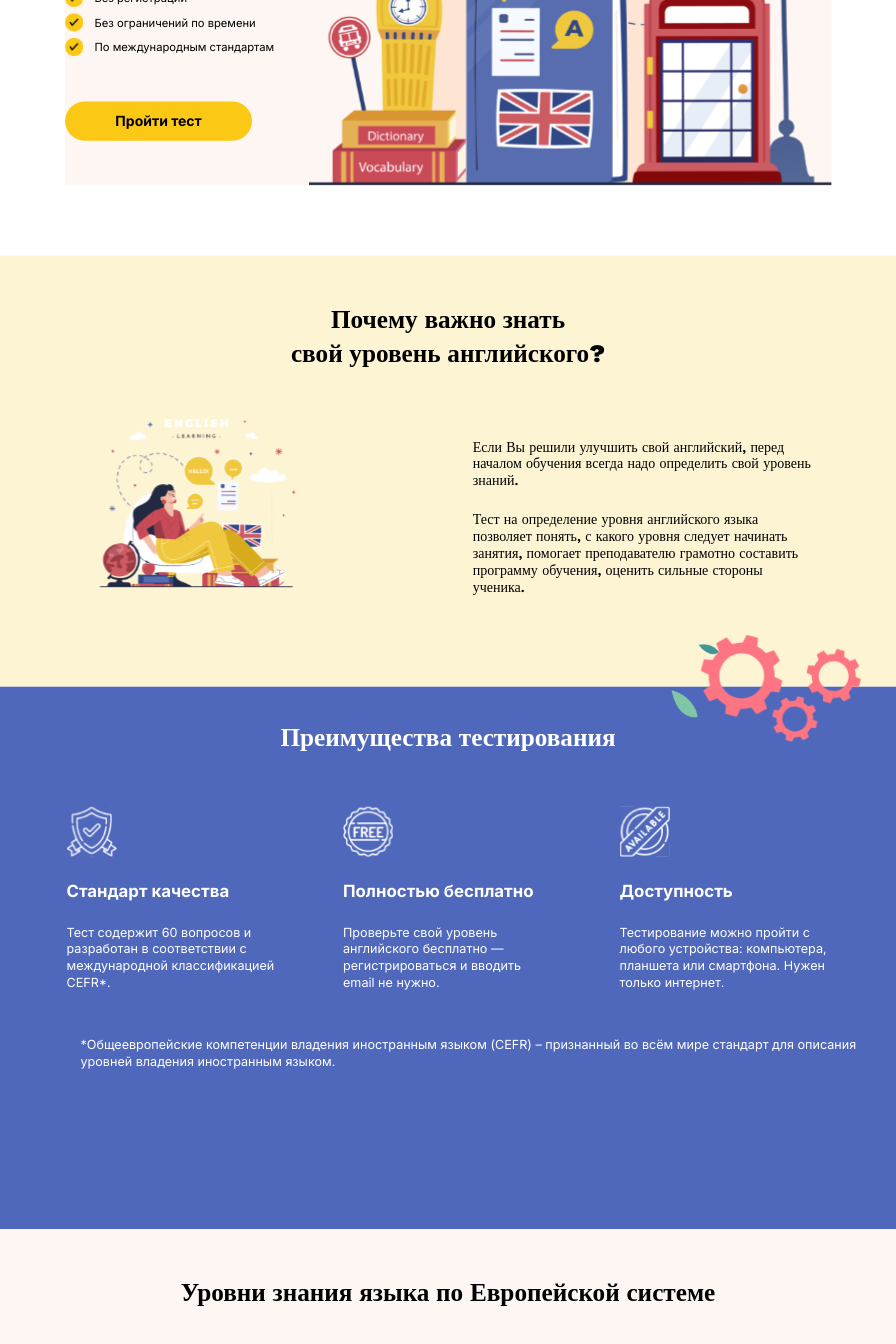
Repository: WladimirVA/PP-01-01_Dandelions
Page: Index.html
The author's editor kept a copy of each file at every save. The page is drawn from the files as they stood at one save, then again after the next save.
The browser window is 1280 px wide. The pictures show the part of the page from y = 450 to 2370 px (the page is 3924 px tall), at 70% of full size.

Above is the page before, as saved 2023-01-25 16:58:27.
Console error: ReferenceError: $ is not defined

### Index.html
<!DOCTYPE html>
<html lang="ru">
<head>
    <meta charset="UTF-8">
    <meta http-equiv="X-UA-Compatible" content="IE=edge">
    <meta name="viewport" content="width=device-width, initial-scale=1.0">
    <link href="./static/css/style.css" rel="stylesheet" type="text/css">
    <link href="./static/css/fonts.css" rel="stylesheet" type="text/css">
    <link rel="icon" sizes="16x16" href="./static/img/Иконка _Лого_ (1_1).svg" type="image/x-icon">
    <title>Dandelions</title>
</head>
<body>
    <!-- <script src="./js/scrollButton.js"></script> -->
    <header class="header" di="HOME">
        <div class="section">
            <div class="section-header">
                <div class="logo">
                    <img src="./static/img/Иконка _Лого_ (1).svg">
                </div>
                <nav>
                    <ul class="header-nav">
                        <li><a class="link" href="#ADVAN_TEST">Преимущества теста</a></li>
                        <li><a class="link" href="#LANGUAGE_LEVELS">Уровни знания языка</a></li>
                        <li><a class="link" href="#FOOTER">Свяжитесь с нами</a></li>
                    </ul>
                </nav>
            </div>
        </div>
    </header>
    <main>
        <section class="HOME">
        <div class="section">
            <div class="content">
                <h1 class="title">
                    проверь свой уровень <br>английского
                </h1>
                <div class="section-home">

                    <div class="title-home">

                        <p class="home_p">
                            Пройдите наш <span  style="font-weight:900"> бесплатный <br></span> онлайн-тест и узнайте свой уровень <br>владения английским языком
                        </p>
                        <ul class="home_ul">
                            <li class="home_li"><img class="check" src="./static/img/Иконка _Галочка_ 3.svg">Без регистрации</li>
                            <li class="home_li"><img class="check" src="./static/img/Иконка _Галочка_ 3.svg">Без ограничений по времени</li>
                            <li class="home_li"><img class="check" src="./static/img/Иконка _Галочка_ 3.svg">По международным стандартам</li>
                        </ul>
                        <div class="buttonsHome">
                            <form action="./name.html">
                                <button class="button_home">Пройти тест</button>
                            </form>
                        </div>
                    </div>
                    <div class="image-home">
                        <img src="./static/img/иллюстр 6 (1).svg">
                    </div>
                </div>
            </div>

        </div>
        </section>
        <section class="WHY-TEST">
            <div class="section">
                <div class="">
                    <div class="section-home-1">
                        <h1 class="title_2">Почему важно знать<br>свой уровень английского?</h1>
                        <div class="section-home-2">
                            <div class="image-home-2">
                                <img src="./static/img/иллюстр 2 1.svg">
                            </div>
                            <div class="home_p home-text">
                                <p>Если Вы решили улучшить свой английский, перед началом обучения всегда надо определить свой уровень знаний.</p>
                                <p class="p-text">Тест на определение уровня английского языка позволяет понять, с какого уровня следует начинать занятия, помогает преподавателю грамотно составить программу обучения, оценить сильные стороны ученика.</p>
                            </div>
                        </div>
                    </div>
                </div>
            </div>
        </section>
        <section class="ADVAN_TEST" id="ADVAN_TEST">
            <div class="section">
                <div class="content">
                    <div class="content_img">
                        <img class="rot-sheet" src="./static/img/shestirenki/Vector (3).png">
                        <img class="rot-sheet-1" src="./static/img/shestirenki/Vector (4).png">
                        <img class="rot rot-img1" src="./static/img/shestirenki/Vector (6).svg">
                        <img class="rot rot-img2" src="./static/img/shestirenki/Vector (6).svg">
                        <img class="rot rot-img3" src="./static/img/shestirenki/Vector (6).svg">
                    </div>
                    <div class="text_test">
                        <h1 class="title_3">Преимущества тестирования</h1>
                    </div>
                    <div class="content-ADVAN_TEST">
                        <div class="quality test-info">
                            <img src="./static/img/Mask group 1.svg">
                            <h3 class="advan-test">Стандарт качества</h3>
                            <p class="advan-test-p">Тест содержит 60 вопросов и разработан в соответствии с международной классификацией CEFR*. </p>
                        </div>
                        <div class="free test-info">
                            <img src="./static/img/Mask group2 1.svg">
                            <h3 class="advan-test">Полностью бесплатно</h3>
                            <p class="advan-test-p">Проверьте свой уровень английского бесплатно — регистрироваться и вводить email не нужно.</p>
                        </div>
                        <div class="availability test-info">
                            <img src="./static/img/Mask group1 1.svg">
                            <h3 class="advan-test">Доступность</h3>
                            <p class="advan-test-p">Тестирование можно пройти с любого устройства: компьютера, планшета или смартфона. Нужен только интернет.</p>
                        </div>
                    </div>
                    <p class="advan-test-p advan-test-p-2">*Общеевропейские компетенции владения иностранным языком (CEFR) – признанный во всём мире стандарт для описания уровней владения иностранным языком. </p>
                </div>
            </div>
        </section>
        <section class="LANGUAGE_LEVELS" id="LANGUAGE_LEVELS">
            <div class="section">
                <div class="content">
                    <div class="text_test">
                        <h1 class="title_3">Уровни знания языка по Европейской системе</h1>
                        <img src="./static/img/иллюстр 1 1.svg">
                    </div>
                    <div class="container">
                        <div class="box-1 container-box">
                            <img class="cloud" src="./static/img/Vector 5.svg">
                            <h3>А1</h3>
                            <p class="container-box-p">Elementary</p>
                            <p class="container-box-p2">Элементарный, базовый уровень знания английского языка. Чтение и перевод со словарём. Словарный запас<span  style="font-weight:900"> менее 1500</span> слов.</p>
                            <img class="ball" src="./static/img/иллюстр 3 1.svg">
                        </div>
                        <div class="box-1 container-box">
                            <img class="cloud" src="./static/img/Vector 1 1.png">
                            <h3>А2</h3>
                            <p class="container-box-p">Pre-intermediate</p>
                            <p class="container-box-p2">Ниже среднего, начальный средний, слабый средний. Вы можете общаться на бытовые темы, описывать простыми словами аспекты своей жизни. Словарный запас<span  style="font-weight:900"> 1500-2000</span> слов.</p>
                        </div>
                        <div class="box-1 container-box">
                            <img class="cloud" src="./static/img/Vector 5.svg">
                            <h3>B1</h3>
                            <p class="container-box-p">Intermediate</p>
                            <p class="container-box-p2">Средний уровень владения английским языком, разговорный английский. Вы можете создавать простой связный текст на знакомые или представляющие личный интерес темы. Словарный запас<span  style="font-weight:900"> 2000-3000</span> слов.</p>
                        </div>
                        <div class="box-1 container-box">
                            <img class="cloud" src="./static/img/Vector 1 1.png">
                            <h3>B2</h3>
                            <p class="container-box-p">Upper Intermediate</p>
                            <p class="container-box-p2">Средне-продвинутый уровень английского. Вы владеете разговорным языком в различных ситуациях (от бытовых до профессиональных), можете без подготовки общаться с носителем языка. Словарный запас <span  style="font-weight:900">3000-4000</span> слов.</p>
                            <img class="ball-2" src="./static/img/иллюстр 5 1.svg">
                        </div>
                        <div class="box-1 container-box">
                            <img class="cloud" src="./static/img/Vector 5.svg">
                            <h3>C1</h3>
                            <p class="container-box-p">Advanced</p>
                            <p class="container-box-p2">Продвинутый уровень. Свободное владение. Вы понимаете разнообразные сложные развернутые тексты и можете выявить содержащиеся в них имплицитные значения, умеете без подготовки, бегло, не испытывая трудности в подборе слов, выражать свои мысли. Словарный запас <span  style="font-weight:900">4000-5000</span> слов.</p>
                            <img class="ball-3" src="./static/img/иллюстр 4 1.svg">
                        </div>
                        <div class="box-1 container-box">
                            <img class="cloud" src="./static/img/Vector 1 1.png">
                            <h3>C2</h3>
                            <p class="container-box-p">Proficiency</p>
                            <p class="container-box-p2">Профессиональный уровень. Вы с легкостью понимаете практически все, что слышите или читаете. Вы можете выражаться спонтанно, очень бегло и точно, различая тончайшие оттенки смысла даже в самых сложных ситуациях. Словарный запас <span  style="font-weight:900">более 4500</span> слов.</p>
                        </div>
                      </div>
                </div>
            </div>
        </section>
        <section class="TEST">
            <div class="section">
                <div class="content">
                    <div class="test-now">
                        <div class="test-now-text">
                            <h1 class="title_3">Протестируйте свой английский<br> прямо сейчас</h1>
                            <form href="">
                                <button class="button test_button">Пройти тест</button>
                            </form>
                            <!-- <button class="button test_button" type="submit">Пройти тест</button> -->
                        </div>
                        <div class="test-now-img">
                            <img src="./static/img/Group 78 1 (1).svg">
                        </div>
                    </div>
                </div>
            </div>
        </section>
    </main>
    <footer class="FOOTER" id="FOOTER">
        <div class="section">
            <div class="section-footer">
                <div class="footer-logo">
                    <img src="./static/img/Vector (3).svg">
                    <p class="footer-logo-p">© Vorobey English 2023</p>
                    <p class="footer-logo-p2">Все права защищены</p>
                </div>
                <div class="footer-navi">
                    <nav>
                        <ul class="footer-nav">
                            <li><a class="footer-link" href="#ADVAN_TEST">Преимущества теста</a></li>
                            <li><a class="footer-link" href="#LANGUAGE_LEVELS">Уровни знания языка</a></li>
                            <li><a class="footer-link" href="#FOOTER">Свяжитесь с нами</a></li>
                        </ul>
                    </nav>
                    <p><a class="footer-link" href="mailto:englishtest@yandex.ru">englishtest@yandex.ru</a></p>
                </div>

            </div>
        </div>
    </footer>
</body>
<script>
const goTopBtn = document.querySelector(".button");

goTopBtn.addEventListener("click", goTop);

function goTop() {

  if (window.pageYOffset > 0) {
    window.scrollBy(0, -10); // второй аргумент - скорость
    setTimeout(goTop, 0); // входим в рекурсию
  }
}

$(function() {

});
</script>
</html>

### static/css/style.css
body {
    scroll-behavior: smooth;
    align-items: center;
    width: 100%;
    max-width: 1366px;
    margin: auto;
    font-family: 'Inter', 'Work Sans', "NunitoSans-Light", Arial, Helvetica, sans-serif;
}

.section {
    margin: 0 auto;
    max-width: 1366px;
}

* {
    margin: 0;
    padding: 0;
}
.header {
    margin-left: 59px;
    margin-right: 92px;
}
.section-header {
    justify-content: space-between;
    height: 83px;
    width: 100%;
    display: flex;
    align-items: center;
}
.logo {
    width: 84px;
    height: auto;
}
.header-nav {
    display: flex;
    list-style-type: none;
}
.link {
    text-decoration: none;
    /* cursor: pointer; */
    font-family: 'Inter';
    font-weight: 500;
    font-size: 16px;
    line-height: 19px;
    color: #000000;
}
.header-nav li {
    margin-right: 35px;
}

.HOME {
    margin-top: 64px;
    margin-left: 93px;
    margin-right: 92px;
    background-color: #FEF6F3;
}
.section-home {
    align-items: center;
    display: flex;
    justify-content: space-between;
    margin-top: -90px;
}


.title {
    font-family: 'Work Sans';
    font-style: normal;
    font-weight: 600;
    font-size: 40px;
    line-height: 48px;
    display: flex;
    align-items: center;
    letter-spacing: 0.02em;
    text-transform: uppercase;
}
.home_p {
    font-family: 'Work Sans';
    font-style: normal;
    font-weight: 400;
    font-size: 20px;
    line-height: 24px;
    margin-top: 43px;
}

.home_ul {
    margin-top: 35px;
}
.home_li {
    list-style-type: none;
    margin-top: 12px;
    font-family: 'Inter';
    font-style: normal;
    font-weight: 400;
    font-size: 16px;
    line-height: 20px;
}

.check {
    margin-bottom: -7px;
    margin-right: 16px;
}

.buttonsHome {
    margin-top: 68px;
}
.button_home {
    background: #FBC815;
    border-radius: 50px;
    width: 267px;
    height: 56px;
    font-family: 'Inter';
    font-style: normal;
    font-weight: 700;
    font-size: 20px;
    line-height: 24px;
    border: 0;
    cursor: pointer;
}

.image-home {
    max-width: 747px;
    max-height: 496px;
}

.title_2 {
    display: block;
    margin-top: 100px;
    padding-top: 68px;
    text-transform: none;
    font-family: 'Work Sans';
    font-style: normal;
    font-weight: 800;
    font-size: 36px;
    line-height: 48px;
    align-items: center;
    text-align: center;
}

.WHY-TEST {
    background-color: #FDF4D3;
    Height: 616px;
}

.section-home-2 {
    align-items: center;
    display: flex;
    justify-content: space-around;
    margin-top: 20px;
}

.home-text {
    width: 490px;
}

.p-text {
    margin-top: 32px;
}

.ADVAN_TEST {
    background: #4F68BB;
    color: white;
    height: 712px;
    padding-top: 63px;
    /* margin-top: 120px; */
}

.content_img {
    margin-top: -215px;
    text-align: end;
    margin-right: 50px;
}

.rot-sheet {
    margin: 0 -74px 90px 0px;
}

.rot-sheet1 {
    margin: 0 -74px 90px 0px;
}

.rot-img1 {
    width: 117px;
    margin-top: 11px;
    margin-right: -20px;
}

.rot-img2 {
    width: 65px;
    margin-bottom: -35px;
}

.rot-img3 {
    width: 78px;
    margin-bottom: 20px;
    margin-left: -20px;
}

img.rot {
    animation: 1s linear 0s normal none infinite running rot;
    -webkit-animation: 2s linear 0s normal none infinite running rot;
    /* width: 100px; */
  }
  @keyframes rot {
    0% {
      transform: rotate(0deg);
    }
    100% {
      transform: rotate(360deg);
    }
  }
  @-webkit-keyframes rot {
    0% {
      transform: rotate(0deg);
    }
    100% {
      transform: rotate(360deg);
    }
  }


.content-ADVAN_TEST {
    display: flex;
    justify-content: space-evenly;
    margin-top: 75px;
}

.test-info {
   width: 300px;
}



.title_3 {
    display: block;
    text-transform: none;
    font-family: 'Work Sans';
    font-style: normal;
    font-weight: 800;
    font-size: 36px;
    line-height: 48px;
    align-items: center;
    text-align: center;
}

.advan-test {
    margin: 30px 0 30px 0;
    font-style: normal;
    font-weight: 700;
    font-size: 24px;
    line-height: 32px;
}

.advan-test-p {
    font-style: normal;
    font-weight: 400;
    font-size: 18px;
    line-height: 24px;
}

.advan-test-p-2 {
    margin: 65px 0 0 115px;
    max-width: 1117px;
}

.container {
    display: grid;
    grid-template-columns: repeat(3, 295px);
    justify-items: stretch;
    justify-content: space-around;;
    grid-template-rows: 100px 100px 100px;
    row-gap:  280px;
    margin-top: -30px;
}

.text_test img {
    margin-left: 700px;
}

.container-box h3 {
    font-style: normal;
    font-weight: 700;
    font-size: 32px;
    line-height: 36px;
}

.container-box-p {
    font-style: normal;
    font-weight: 700;
    font-size: 24px;
    line-height: 32px;
    margin: 60px 0 15px 0;
}

.container-box-p2 {
    font-style: normal;
    font-weight: 400;
    font-size: 16px;
    line-height: 24px;
}

.LANGUAGE_LEVELS {
    background-color:  #FEF6F3;
}

.content {
    padding-top: 66px;
}

.container-box {
    position: relative;
}

.box-1 h3 {
    position: absolute;
}

.cloud {
    margin: -11px 0 0 -80px;
    position: absolute;
}

.ball {
    display: block;
    position: inherit;
    margin-left:195px;
    margin-top: 30px;
}

.ball-2 {
    margin-left: 180px;
}

.ball-3 {
    display: block;
    margin-left: 335px;
    margin-top: -199px;
}

.button {
    text-align: center;
    background: #F03F5A;
    cursor: pointer;
    border-radius: 30px;
    border: 0;
}

.TEST {
    background-color: #FBCDA6;
    height: 352px;
}

.test_button {
    margin-top: 30px;
    width: 267px;
    height: 56px;
    font-family: 'Inter';
    font-style: normal;
    font-weight: 700;
    font-size: 20px;
    line-height: 24px;
    }

.test-now {
    display: flex;
    justify-content: space-between;
    margin-left: 89px;
}

.test-now-text {
    text-align: center;
    margin-top: 82px;
}

.test-now-img {
    margin-top: -159px;
}

.FOOTER {
    background: #4F68BB;
    height: 232px;
    color: #C9C9C9;
}

.footer-logo-p {
    margin-top: -65px;
    margin-left: 74px;
}

.footer-logo-p2 {
    margin-top: 16px;
    margin-left: 74px;
}


.section-footer {
    display: flex;
    justify-content: space-between;
    align-items: center;
    max-width: 1200px;
}
.footer-nav {
    display: grid;
    list-style-type: none;
    line-height: 2.5;
}

.footer-link {
    text-decoration: none;
    font-family: 'Inter';
    font-weight: 500;
    font-size: 16px;
    line-height: 19px;
    color: #C9C9C9;
    list-style-type: none;
}

### static/css/fonts.css
@import url('https://fonts.googleapis.com/css2?family=Work+Sans:ital,wght@0,600;0,800;1,800&display=swap');


@import url('https://fonts.googleapis.com/css2?family=Inter:wght@400;500;600;700;800&family=Work+Sans:ital,wght@0,600;0,800;1,800&display=swap');

After the next save:
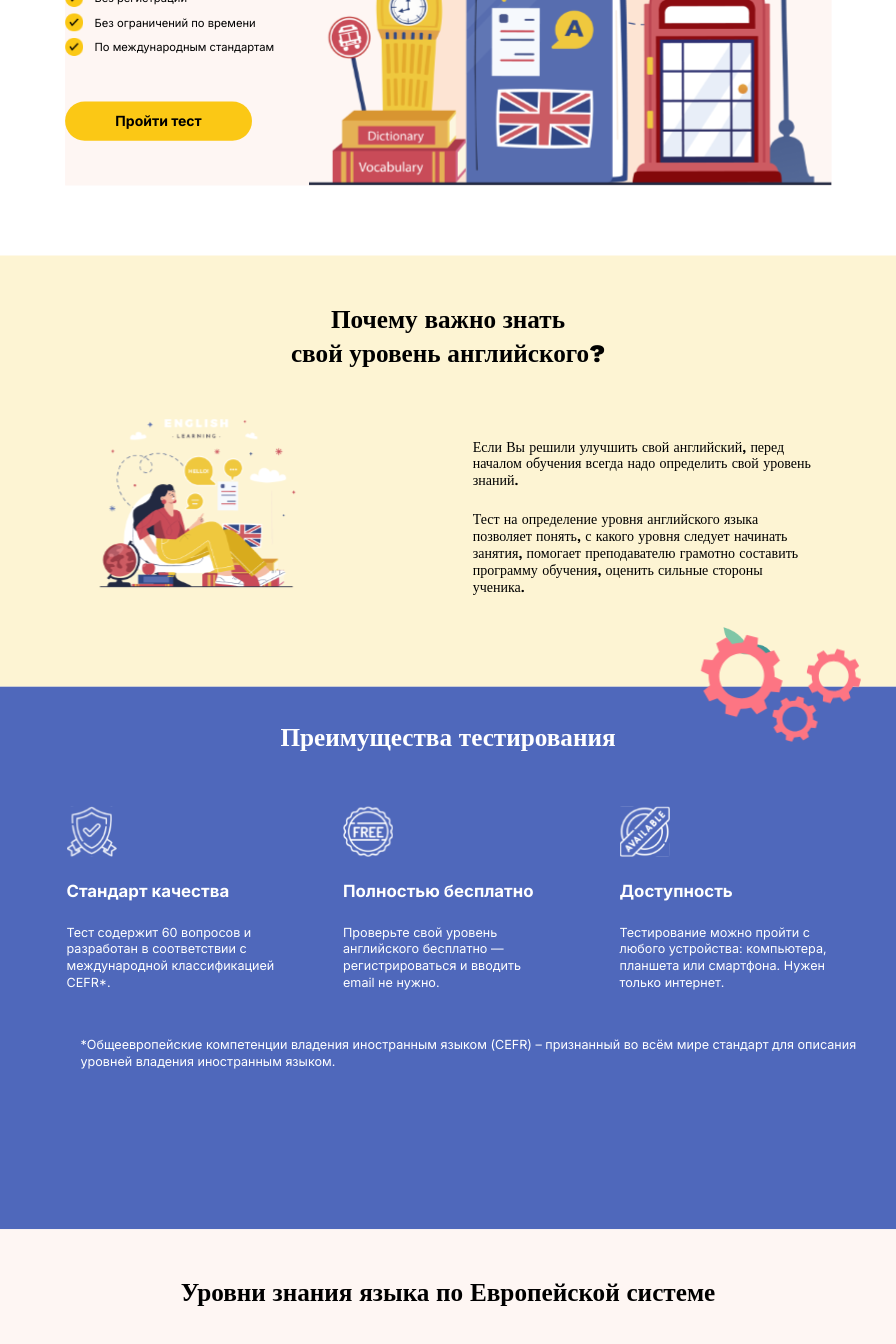
Saved 20 s later.
--- a/static/css/style.css
+++ b/static/css/style.css
@@ -174,7 +174,7 @@ body {
     margin: 0 -74px 90px 0px;
 }
 
-.rot-sheet1 {
+.rot-sheet-1 {
     margin: 0 -74px 90px 0px;
 }
 
